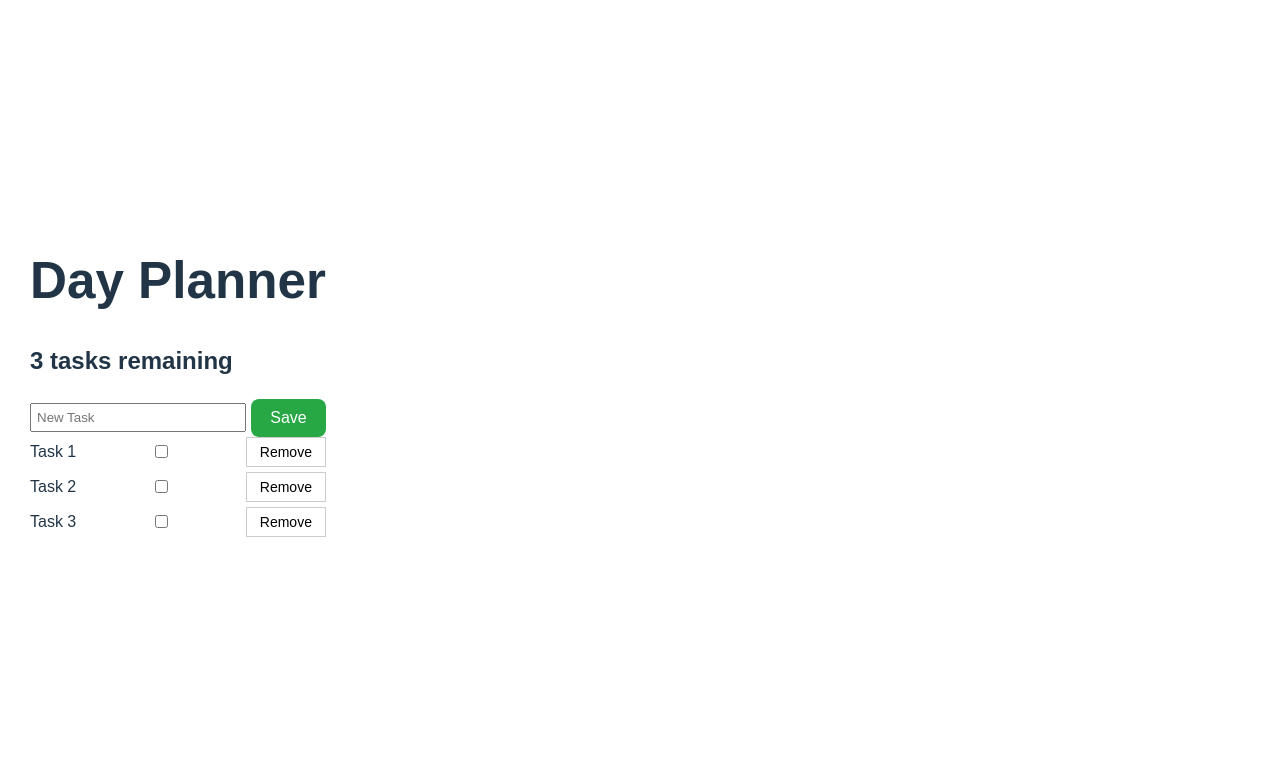
Repository: GavinPahal/lab5
Page: /
The author's editor kept a copy of each file at every save. The page is drawn from the files as they stood at one save, then again after the next save.
The browser window is 1280 px wide. The pictures show the whole page.
The project was rebuilt for these pictures with package versions that can differ from the ones it lists, and the page was loaded fresh each time. Also part of the build but not shown: vite.config.js.

Above is the page before, as saved 2024-10-11 17:54:30.

### src/App.jsx
// src/App.jsx
import React, { useState } from 'react';
import Header from '../components/Header';
import TaskForm from '../components/TaskForm';
import TaskList from '../components/TaskList';
import './App.css';

function App() {
  // Initial state with predefined tasks labeled as Task 1, Task 2, Task 3
  const [tasks, setTasks] = useState([
    { id: 1, name: "Task 1", isCompleted: false },
    { id: 2, name: "Task 2", isCompleted: false },
    { id: 3, name: "Task 3", isCompleted: false },
  ]);

  // Add a new task
  const addTask = (name) => {
    setTasks([...tasks, { id: Date.now(), name, isCompleted: false }]);
  };

  // Toggle task completion
  const toggleComplete = (id) => {
    setTasks(
      tasks.map((task) =>
        task.id === id ? { ...task, isCompleted: !task.isCompleted } : task
      )
    );
  };

  // Remove a task
  const deleteTask = (id) => {
    setTasks(tasks.filter((task) => task.id !== id));
  };

  // Count of pending tasks
  const pendingTasksCount = tasks.filter((task) => !task.isCompleted).length;

  return (
    <div className="app">
      <Header pendingTasksCount={pendingTasksCount} />
      <TaskForm addTask={addTask} />
      <TaskList
        tasks={tasks}
        toggleComplete={toggleComplete}
        deleteTask={deleteTask}
      />
    </div>
  );
}

export default App;

### components/Header.jsx
// components/Header.jsx
import React from 'react';

function Header({ pendingTasksCount }) {
  return (
    <header>
      <h1>Day Planner</h1>
      <h2>{pendingTasksCount} tasks remaining</h2>
    </header>
  );
}

export default Header;

### components/TaskForm.jsx
// components/TaskForm.jsx
import React, { useState } from 'react';

function TaskForm({ addTask }) {
  const [taskName, setTaskName] = useState('');

  const handleSubmit = (e) => {
    e.preventDefault();
    if (taskName.trim() !== '') {
      addTask(taskName);
      setTaskName('');
    }
  };

  return (
    <form onSubmit={handleSubmit} style={{ display: 'flex', alignItems: 'center' }}>
      <input
        type="text"
        placeholder="New Task"
        value={taskName}
        onChange={(e) => setTaskName(e.target.value)}
        style={{ flex: 1, marginRight: '5px' }} // Flex to take remaining space
      />
      <button type="submit" className="save">Save</button>
    </form>
  );
}

export default TaskForm;

### components/TaskList.jsx
// components/TaskList.jsx
import React from 'react';
import Task from './Task';

function TaskList({ tasks, toggleComplete, deleteTask }) {
  return (
    <div>
      {tasks.map((task) => (
        <Task
          key={task.id}
          task={task}
          toggleComplete={toggleComplete}
          deleteTask={deleteTask}
        />
      ))}
    </div>
  );
}

export default TaskList;

### src/App.css
/* src/App.css */
body {
  font-family: sans-serif;
  margin: 0;
  padding: 20px;
}

.app {
  background-color: #fff;
  padding: 10px;
  border-radius: 5px;
}

.task {
  display: flex;
  justify-content: space-between;
  align-items: center; /* Align items vertically in the center */
  margin-bottom: 5px;
}

input[type="text"] {
  padding: 5px;
}

button {
  padding: 5px;
}

button.save {
  background-color: #28a745; /* Green color */
  color: white;
  border: none;
  cursor: pointer;
}

button.save:hover {
  background-color: #218838; /* Darker green on hover */
}

button.remove {
  width: 80px; /* Width for rectangular shape */
  height: 30px; /* Height for rectangular shape */
  background-color: transparent; /* No background color */
  color: black; /* Text color */
  border: 1px solid #ccc; /* Light border for visibility */
  border-radius: 0; /* No rounded edges */
  cursor: pointer;
  display: flex; /* Flexbox for centering text */
  align-items: center; /* Center vertically */
  justify-content: center; /* Center horizontally */
  font-size: 14px; /* Font size for fitting text */
  margin-Left: '10px'; /* Add space between the save button and remove button */
}


.completed span {
  text-decoration: line-through;
}

### components/Task.jsx
// components/Task.jsx
import React from 'react';

function Task({ task, toggleComplete, deleteTask }) {
  return (
    <div className={`task ${task.isCompleted ? 'completed' : ''}`}>
      <span>{task.name}</span>
      <input
        type="checkbox"
        checked={task.isCompleted}
        onChange={() => toggleComplete(task.id)}
      />
      <button onClick={() => deleteTask(task.id)} className="remove">Remove</button>
    </div>
  );
}

export default Task;

Loaded but not shown: index.html (common file); src/main.jsx (common file); src/index.css (common file)

After the next save:
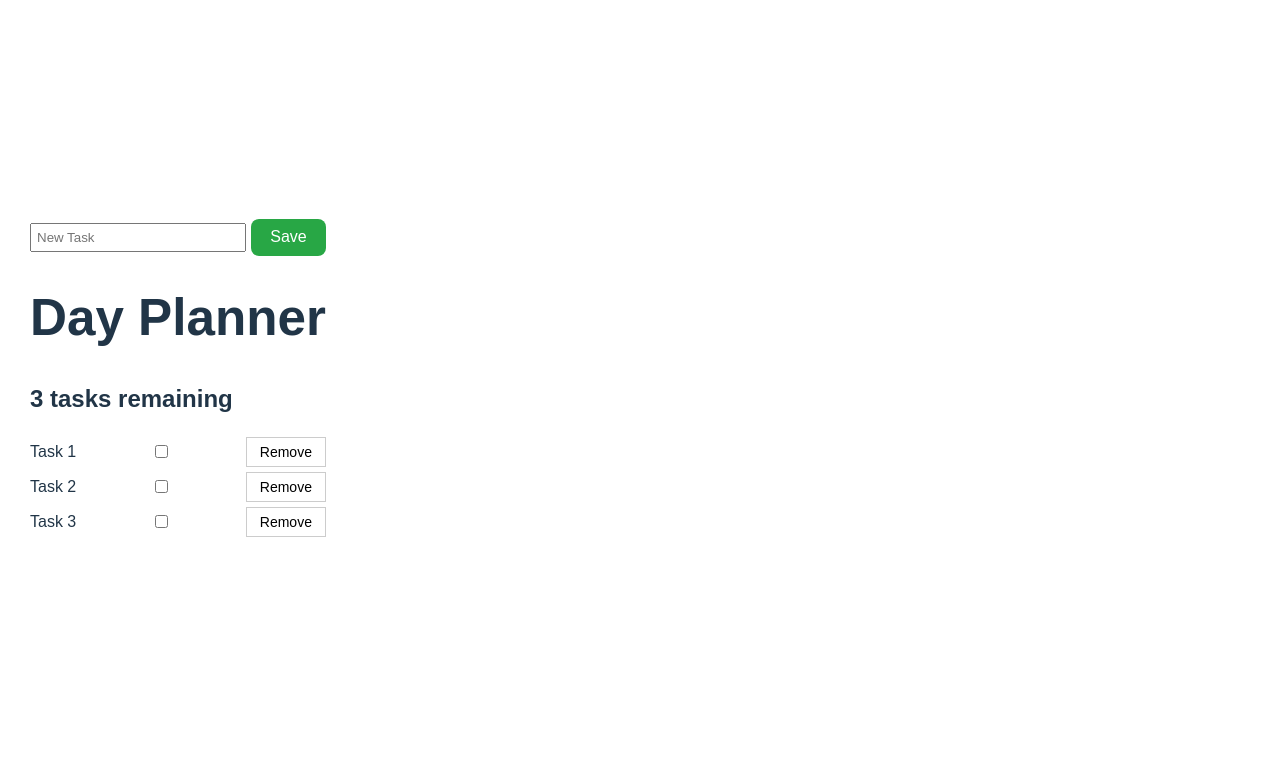
Saved 42 s later.
--- a/src/App.jsx
+++ b/src/App.jsx
@@ -37,8 +37,8 @@
 
   return (
     <div className="app">
+      <TaskForm addTask={addTask} />
       <Header pendingTasksCount={pendingTasksCount} />
-      <TaskForm addTask={addTask} />
       <TaskList
         tasks={tasks}
         toggleComplete={toggleComplete}

After the save that followed:
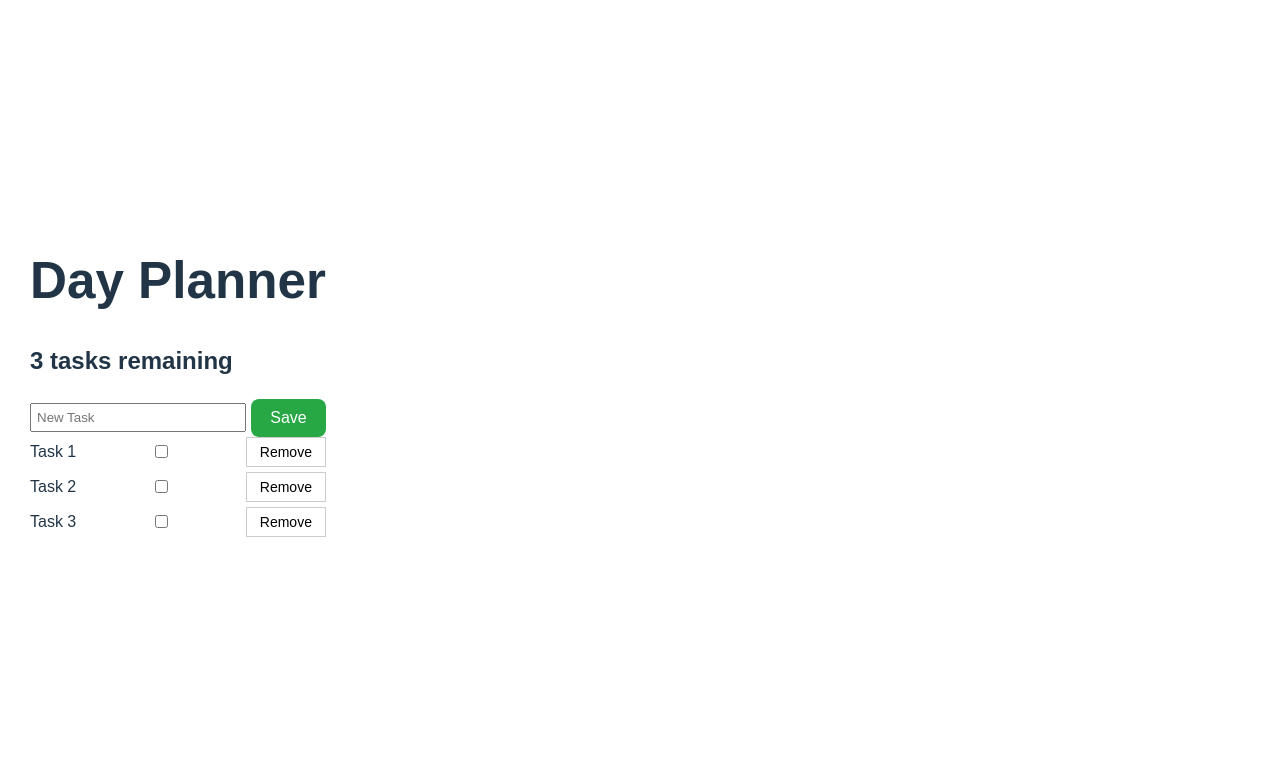
Saved 2 min 1 s later.
--- a/src/App.jsx
+++ b/src/App.jsx
@@ -6,19 +6,16 @@
 import './App.css';
 
 function App() {
-  // Initial state with predefined tasks labeled as Task 1, Task 2, Task 3
   const [tasks, setTasks] = useState([
     { id: 1, name: "Task 1", isCompleted: false },
     { id: 2, name: "Task 2", isCompleted: false },
     { id: 3, name: "Task 3", isCompleted: false },
   ]);
 
-  // Add a new task
   const addTask = (name) => {
     setTasks([...tasks, { id: Date.now(), name, isCompleted: false }]);
   };
 
-  // Toggle task completion
   const toggleComplete = (id) => {
     setTasks(
       tasks.map((task) =>
@@ -27,18 +24,16 @@
     );
   };
 
-  // Remove a task
   const deleteTask = (id) => {
     setTasks(tasks.filter((task) => task.id !== id));
   };
 
-  // Count of pending tasks
   const pendingTasksCount = tasks.filter((task) => !task.isCompleted).length;
 
   return (
     <div className="app">
+      <Header pendingTasksCount={pendingTasksCount} />
       <TaskForm addTask={addTask} />
-      <Header pendingTasksCount={pendingTasksCount} />
       <TaskList
         tasks={tasks}
         toggleComplete={toggleComplete}
